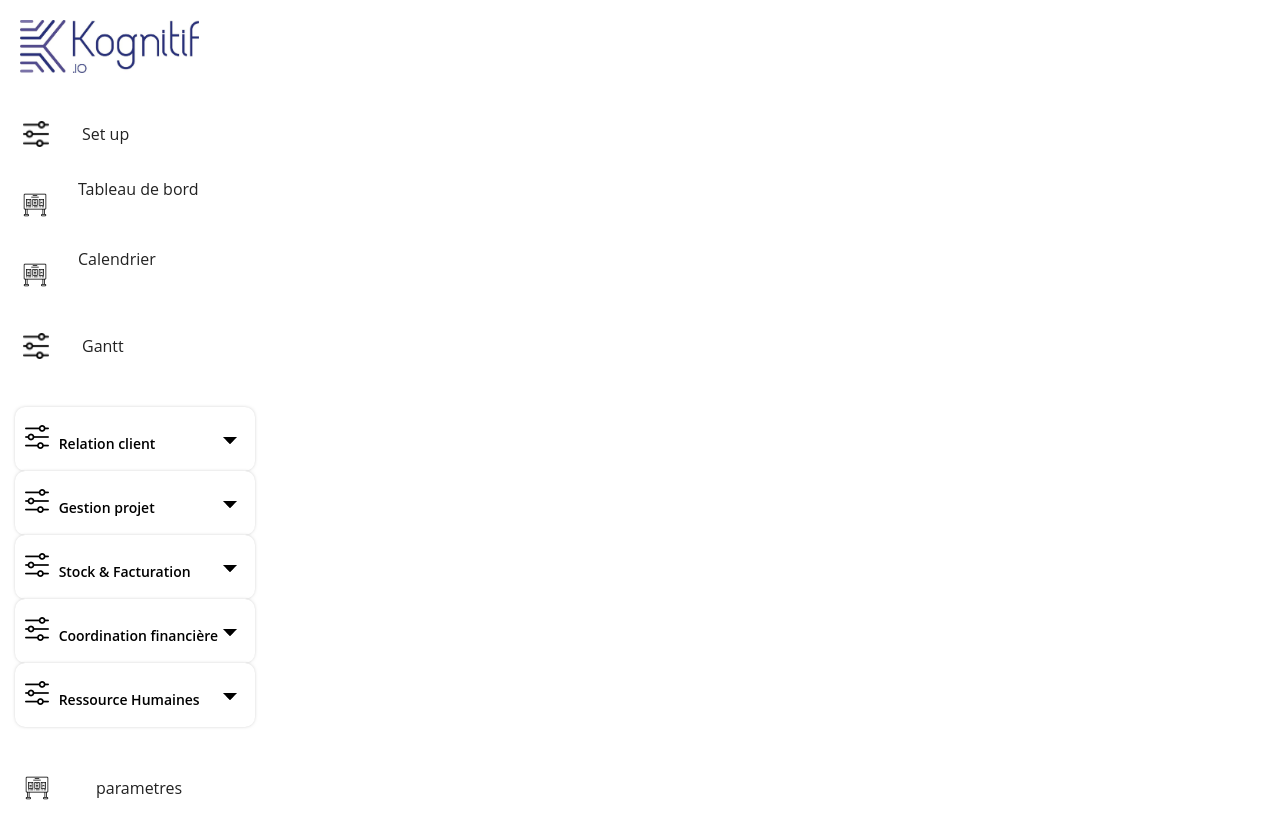
Repository: Cordelia013/testKognitifs
Page: index.html
These files come from the project's save history. The page is drawn as it stood at one moment and after a run of saves; the edit follows.
The browser window is 1280 px wide. The pictures show the whole page.

Above is the page before, as saved 2021-08-06 04:06:15.

After the next 4 saves:
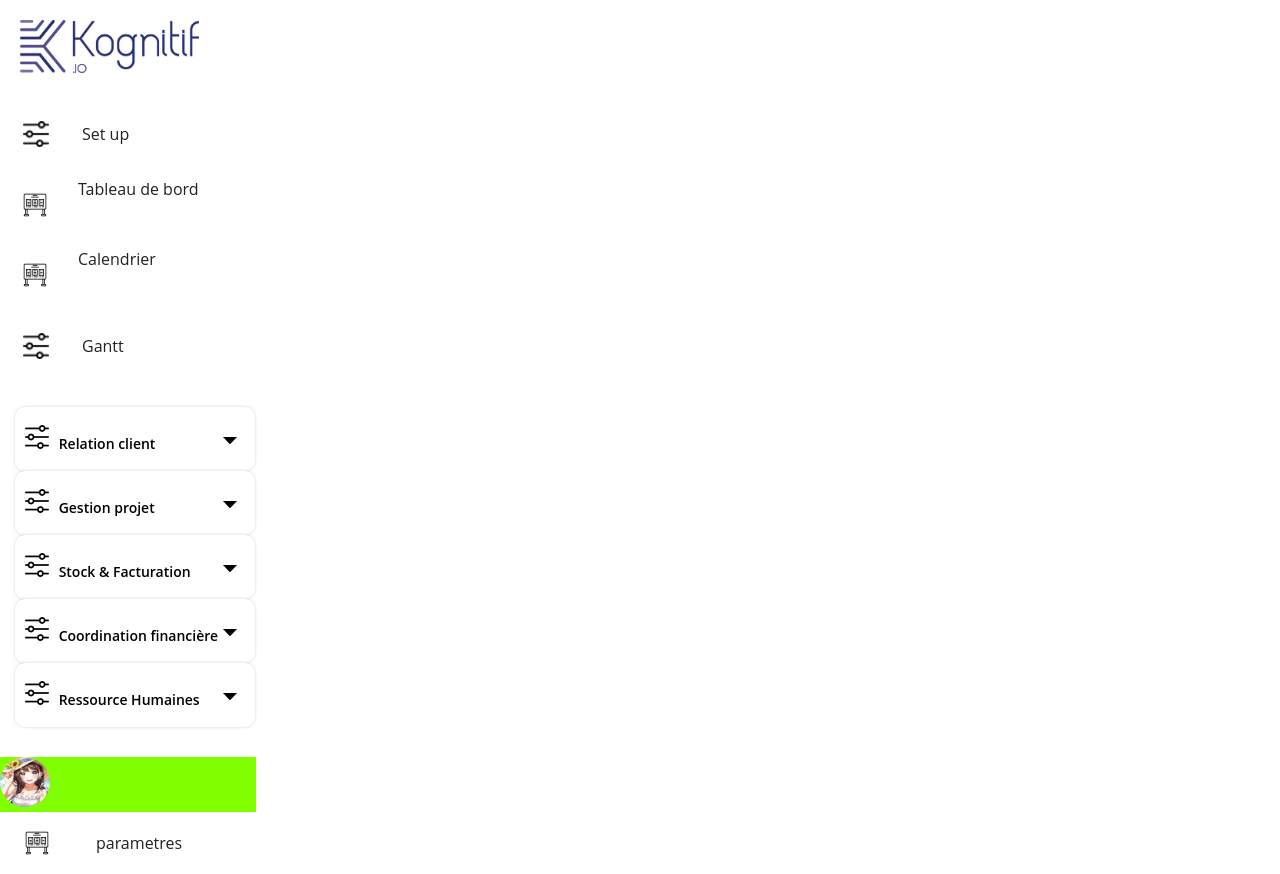
The 4 saves are shown as one change because they came seconds apart.
The last was saved 28 s later.
--- a/index.html
+++ b/index.html
@@ -137,6 +137,12 @@
       </div>
     </div>
   </div>
+  <div id="profilCnt">
+    <div class="photo">
+      <img src="/img/external-content.duckduckgo.com.jpeg" alt="photoProfil">
+    </div>
+</div>
+    </nav>
   <div class="params ">
   <img class="drowImg" class="drowImg" src="/img/png/003-bulletin-board.png" alt="board" />
   <a href="#">parametres </a>

After the save that followed:
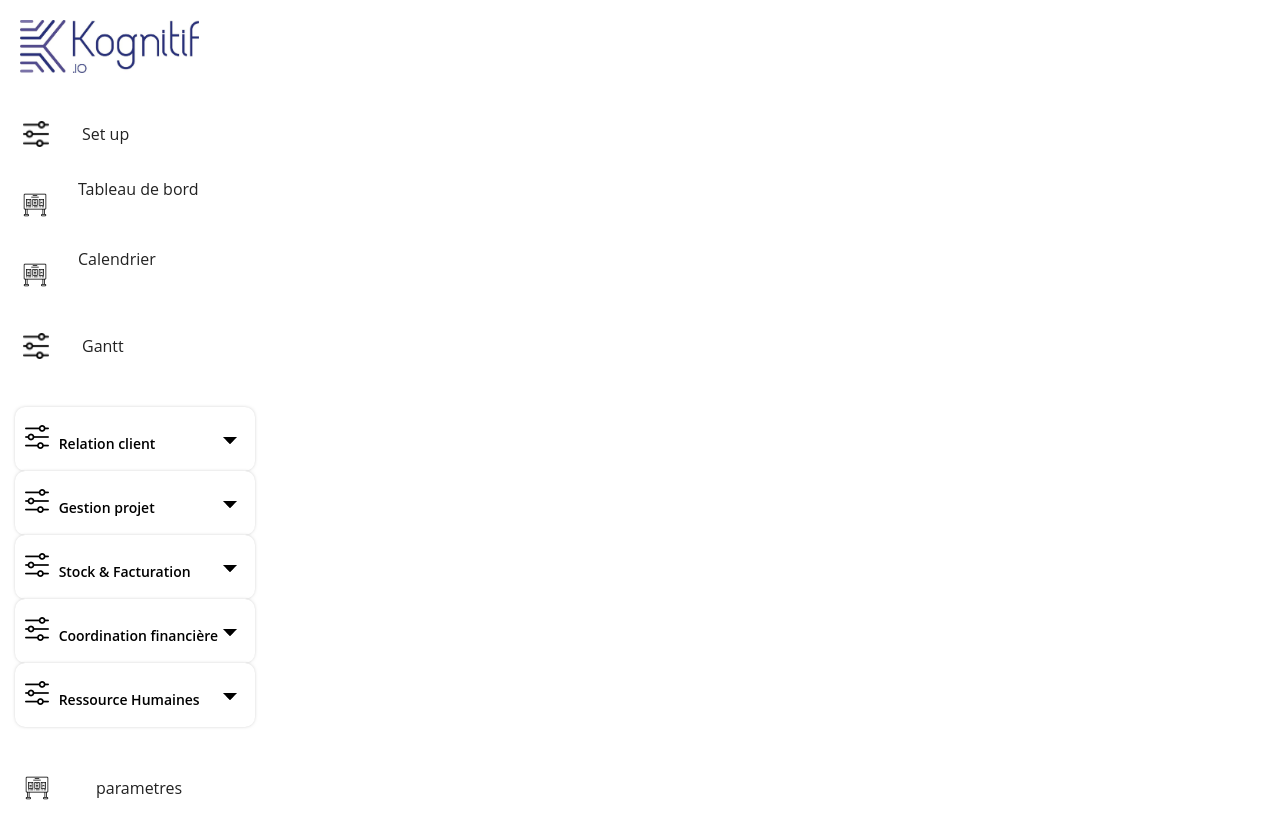
Saved 24 s later.
--- a/index.html
+++ b/index.html
@@ -137,11 +137,7 @@
       </div>
     </div>
   </div>
-  <div id="profilCnt">
-    <div class="photo">
-      <img src="/img/external-content.duckduckgo.com.jpeg" alt="photoProfil">
-    </div>
-</div>
+
     </nav>
   <div class="params ">
   <img class="drowImg" class="drowImg" src="/img/png/003-bulletin-board.png" alt="board" />
